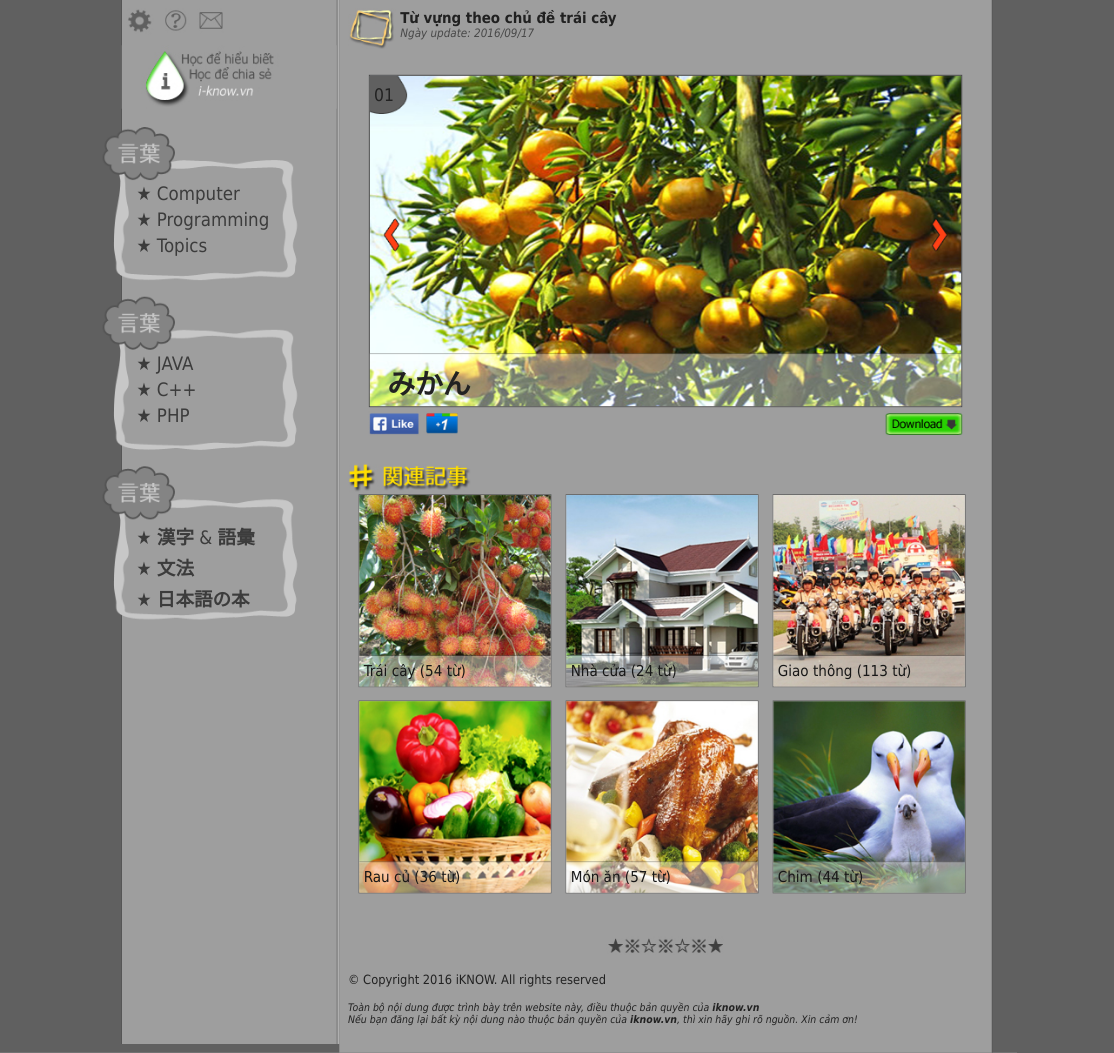
Repository: ruanonglam/_workspace
Page: Web Design/iknow.vn/WebContent/cotoba-view.html
These files come from the project's save history. The page is drawn as it stood at one moment and after the next save; the edit follows.
The browser window is 1280 px wide. The pictures show the whole page, at 87% of full size.

Above is the page before, as saved 2016-09-18 06:16:40.

### Web Design/iknow.vn/WebContent/cotoba-view.html
<!DOCTYPE html PUBLIC "-//W3C//DTD HTML 4.01 Transitional//EN" "http://www.w3.org/TR/html4/loose.dtd">
<html>
<head>
<meta http-equiv="Content-Type" content="text/html; charset=UTF-8">
<link rel="icon" type="image/png" href="_img/body/iknow-favorite.png" />
<link rel="stylesheet" type="text/css" href="_css/main.css">
<title>iknow - Từ vựng &bull; Trái cây</title>
<body>
<div id="main_frame">
	<div id="main_body">
		<!-- LEFT -->
		<div id="left_frame">
			<!-- .:Toolbar:. -->
			<div id="left_toolbar">
				<ul id="left_toolbar">
					<li><img alt="Setting" src="_img/body/left-setting-icon.png"></li>
					<li><img alt="About iknow.vn" src="_img/body/left-help-icon.png"></li>
					<li><img alt="Contact" src="_img/body/left-mail-icon.png"></li>
				</ul>
			</div>

			<!-- .:Logo:. -->
			<a href="#" id="logo"><img alt="iknow.vn" src="_img/body/iknow-logo.png"></a>

			<!-- .:Menu1:. -->
			<div class="left_menu">
				<ul>
					<li><a href="#">★ Computer</a></li>
					<li><a href="#">★ Programming</a></li>
					<li><a href="#">★ Topics</a></li>
				</ul>
			</div>

			<!-- .:Menu2:. -->
			<div class="left_menu">
				<ul>
					<li><a href="#">★ JAVA</a></li>
					<li><a href="#">★ C++</a></li>
					<li><a href="#">★ PHP</a></li>
				</ul>
			</div>

			<!-- .:Menu3:. -->
			<div class="left_menu">
				<ul>
					<li><a href="#">★ <b>漢字</b> & <b>語彙</b></a></li>
					<li><a href="#">★ <b>文法</b></a></li>
					<li><a href="#">★ <b>日本語の本</b></a></li>
				</ul>
			</div>

		</div>


		<!-- RIGHT -->
		<div id="right_frame">
			<!-- .:Topic:. -->
			<div id="right_topic">
				<h3>Từ vựng theo chủ đề trái cây</h3>
				<i>Ngày update: 2016/09/17</i>
			</div>

			<!-- .:Vocabulary Show:. -->
			<div id="right_vocab_show">
				<!-- .:Action:. -->
				<div id="right_vocab_action">
					<!-- Left Row -->
					<div id="right_row_left">
						<!-- .:Number:. -->
						<div id="right_vocab_number">01</div>
						<div class="right_row-action">
							<a href="#"><img alt="view-vocabulary" src="_img/body/right-vocab-row-left.png"></a>
						</div>
					</div>
					<!-- Right Row -->
					<div id="right_row_right">
						<div class="right_row-action" id="right_row-action_right">
							<a href="#"><img alt="view-vocabulary" src="_img/body/right-vocab-row-right.png"></a>
						</div>
					</div>
				</div>

				<!-- .:Show vocabulary:. -->
				<h3 id="right_vocab_text">みかん</h3>
				<div id="right_vocab_detail"></div>
			</div>

			<!-- .:Vocabulary toolbar:. -->
			<div id="right_vocab_tool">
				<ul id="left">
					<li><a href="#"><img alt="Facebook liked" src="_img/body/toolbar-facebook.png"></a></li>
					<li><a href="#"><img alt="Google+" src="_img/body/toolbar-google.png"></a></li>
				</ul>

				<ul id="right">
					<li><a href="#"><img alt="Download" src="_img/body/toolbar-download.png"></a></li>
				</ul>
			</div>

			<!-- .:Relate Vocabulary:. -->
			<div id="right_vocab_relate_title"></div>

			<!-- .:Relate Topic Show:. -->
			<!-- .:Line-1:. -->
			<div id="right_vocab_relate_line">
				<div class="right_relate_item">
					<a href="#">
						<img alt="Vocabulary" src="_img/sample/traicay/_thumb_traicay.jpg">
						<div id="_title"></div>
						<font>Trái cây (54 từ)</font>
					</a>
				</div>
				<div class="right_relate_item">
					<a href="#"><img alt="Vocabulary" src="_img/sample/nhacua/_thumb_nhacua.jpg"></a>
					<div id="_title"></div>
					<font>Nhà cửa (24 từ)</font>
				</div>
				<div class="right_relate_item">
					<a href="#"><img alt="Vocabulary" src="_img/sample/giaothong/_thumb_giaothong.jpg"></a>
					<div id="_title"></div>
					<font>Giao thông (113 từ)</font>
				</div>
			</div>

			<!-- .:Line-2:. -->
			<div id="right_vocab_relate_line">
				<div class="right_relate_item">
					<a href="#"><img alt="Vocabulary" src="_img/sample/raucu/_thumb_raucu.jpg"></a>
					<div id="_title"></div>
					<font>Rau củ (36 từ)</font>
				</div>
				<div class="right_relate_item">
					<a href="#"><img alt="Vocabulary" src="_img/sample/monan/_thumb_monan.jpg"></a>
					<div id="_title"></div>
					<font>Món ăn (57 từ)</font>
				</div>
				<div class="right_relate_item">
					<a href="#"><img alt="Vocabulary" src="_img/sample/chim/_thumb_chim.jpg"></a>
					<div id="_title"></div>
					<font>Chim (44 từ)</font>
				</div>
			</div>

			<!-- .:Footer:. -->
			<div id="footer">
				© Copyright 2016 iKNOW. All rights reserved<br/><br/>
				<i>
					Toàn bộ nội dung được trình bày trên website này, điều thuộc bản quyền của <b>iknow.vn</b>
					<br/>Nếu bạn đăng lại bất kỳ nội dung nào thuộc bản quyền của <b>iknow.vn</b>, thì xin hãy ghi rõ nguồn. Xin cảm ơn!
				</i>
			</div>
		</div>
	</div>
</div>

</head>
<body>

</body>
</html>

### Web Design/iknow.vn/WebContent/_css/main.css
*{
	padding: 0;
	margin: 0;
}
body{
	background: #606060;
	font-family: Tahoma, "Times New Roman", Arial, "MS PMincho","MS Gothic";
	font-size: 11pt;
	color: #222222;
}
a img{
	border: none;
	text-decoration: none;
}

div#main_frame{
	margin: auto;
	width: 1200px;
	height: auto;
}

div#main_body{
	margin: auto;
	width: 1002px;
	height: auto;
	border: 1px solid #454545;
	border-bottom: none;
	border-top: none;
	background: #9E9E9E;
}

/**********************************************************/
/**********************************************************/
/**********************************************************/
/**********************************************************/
/**********************************************************/
/**********************************************************/
div#left_frame{
	float: left;
	width: 250px;
	min-height: 1200px;
	height: auto;
	border-left: 1px solid #454545;
	background: #9E9E9E url("../_img/body/left-body-bg.png") repeat-y;
}

div#left_toolbar{
	display: block;
	height: 32px;
	margin-top: 10px;
	margin-bottom: 10px;
}
ul#left_toolbar li{
	display: inline-block;
	margin-left: 5px;
}

a#logo{
	display: block;
	margin-bottom: 20px;
}


div.left_menu{
	display: block;
	position: relative;
	left: -23px;
	width: 190px;
	height: 115px;
	margin-bottom:15px;
	padding-left: 40px;
	padding-top: 65px;
	background: url("../_img/body/left-menu-group-bg.png");
}
div.left_menu ul li{
	display: block;
	color: #3C3C3C;
	font-size: 16pt;
	margin-bottom: 5px;
}
div.left_menu ul li a{
	text-decoration: none;
	color: #3C3C3C;
}
div.left_menu ul li a:HOVER{
	color: #FFFFFF;
}


/**********************************************************/
/**********************************************************/
/**********************************************************/
/**********************************************************/
/**********************************************************/
/**********************************************************/
div#right_frame{
	float: right;
	width: 730px;
	padding: 10px;
	min-height: 1190px;
	border-right: 1px solid #454545;
	background: #9E9E9E;
}

div#right_topic{
	display: block;
	width: 670px;
	height: 46px;
	padding-left: 60px;
	margin-bottom: 30px;
	background: url("../_img/body/right-topic-icon.png") no-repeat;
}
div#right_topic h3{
	color: #212121;
}
div#right_topic i{
	color: #484848;
	font-size: 10pt;
}

div#right_vocab_show{
	display: block;
	width: 680px;
	height: 380px;
	margin: auto;
	border: 1px solid #454545;
	background: url("../_img/sample/traicay/1.jpg");
}
div#right_vocab_action{
	display: block;
	width: 100%;
	height: 320px;
}
div#right_vocab_detail{
	display: block;
	position: relative;
	bottom: 1px;
	width: 100%;
	height: 60px;
	opacity: 0.4;
    filter: alpha(opacity=40);
	background: #FFFFFF;
	border-top: 1px solid #454545;
}
div#right_row_left{
	float: left;
	width: 50px;
	height: 100%;
	background: url("../_img/body/right-vocab-num.png") no-repeat;
}
div.right_row-action{
	margin-top: 110px;
}
div#right_row-action_right{
	margin-top: 160px;
}
div#right_vocab_number{
	width: 45px;
	height: 40px;
	padding-top: 10px;
	padding-left: 5px;
	font-size: 15pt;
}
div#right_row_right{
	float: right;
	width: 50px;
	height: 100%;
}

h3#right_vocab_text{
	display: block;
	position: absolute;
	z-index: 1;
	width: 660px;
	height: 51px;
	font-size: 24pt;
	padding-left: 20px;
	padding-top: 7pt;
}

div#right_vocab_tool{
	clear: both;
	display: block;
	width: 684px;
	height: 45px;
	padding-top: 5px;
	margin-top: 15px;
	margin: auto;
}
div#right_vocab_tool ul#left{
	float: left;
}
div#right_vocab_tool ul#right{
	float: right;
}
div#right_vocab_tool ul li{
	display: inline-block;
}


/***/
div#right_vocab_relate_title{
	display: block;
	width: 100%;
	height: 35px;
	margin-top: 15px;
	background: url("../_img/body/right-topic-relate.png") no-repeat;
}

/***/
div#right_vocab_relate_line{
	display: block;
	width: 718px;
	height: 222px;
	padding-left: 12px;
	margin-bottom: 15px;
}

div.right_relate_item{
	float: left;
	width: 220px;
	height: 220px;
	margin-right: 16px;
	border: 1px solid #5F5F5F;
	background: #C7C7C7;
}
div.right_relate_item a{
	text-decoration: none;
}
div.right_relate_item div#_title{
	position: relative;
	width: 100%;
	height: 35px;
	margin-top: -36px;
	z-index: 1;
	opacity: 0.4;
    filter: alpha(opacity=40);
    border-top: 1px solid #454545;
    background: #FFFFFF;
}
div.right_relate_item font{
	display: block;
	position: relative;
	width: 215px;
	height: 28px;
	margin-top: -35px;
	z-index: 1000;
	font-size: 13pt;
	padding-top: 7px;
	padding-left: 5px;
	color: #181818;
}


/**********************************/
div#footer{
	display: block;
	position: static;
	width: 730px;
	height: 66px;
	margin-top: 50px;
	padding-top: 40px;
	bottom: 0;
	background:url("../_img/body/footer-bg.png") no-repeat center top;
}
div#footer i{
	font-size: 9pt;
}

After the next save:
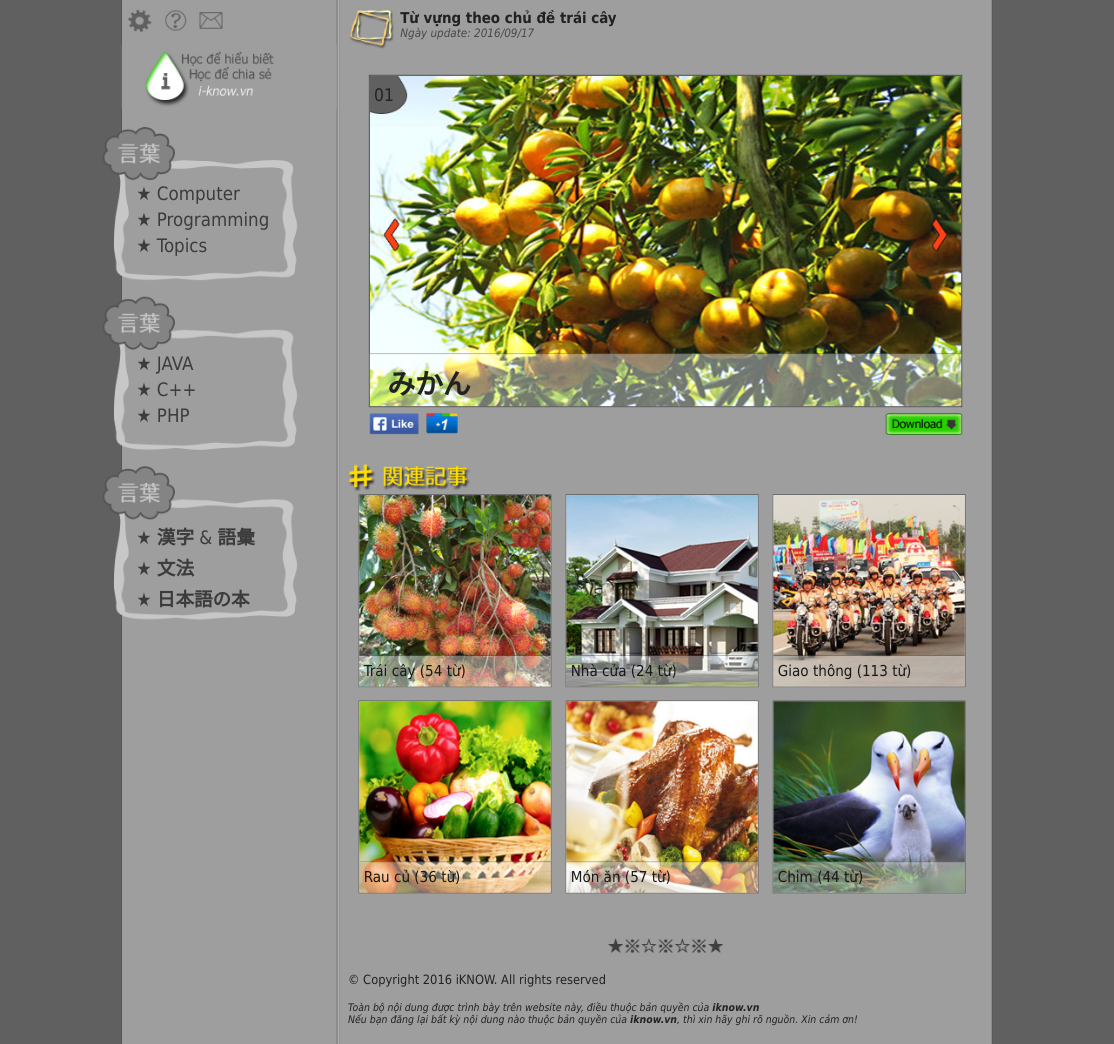
Saved 15 s later.
--- a/Web Design/iknow.vn/WebContent/_css/main.css
+++ b/Web Design/iknow.vn/WebContent/_css/main.css
@@ -97,7 +97,7 @@ div#right_frame{
 	float: right;
 	width: 730px;
 	padding: 10px;
-	min-height: 1190px;
+	min-height: 1180px;
 	border-right: 1px solid #454545;
 	background: #9E9E9E;
 }
